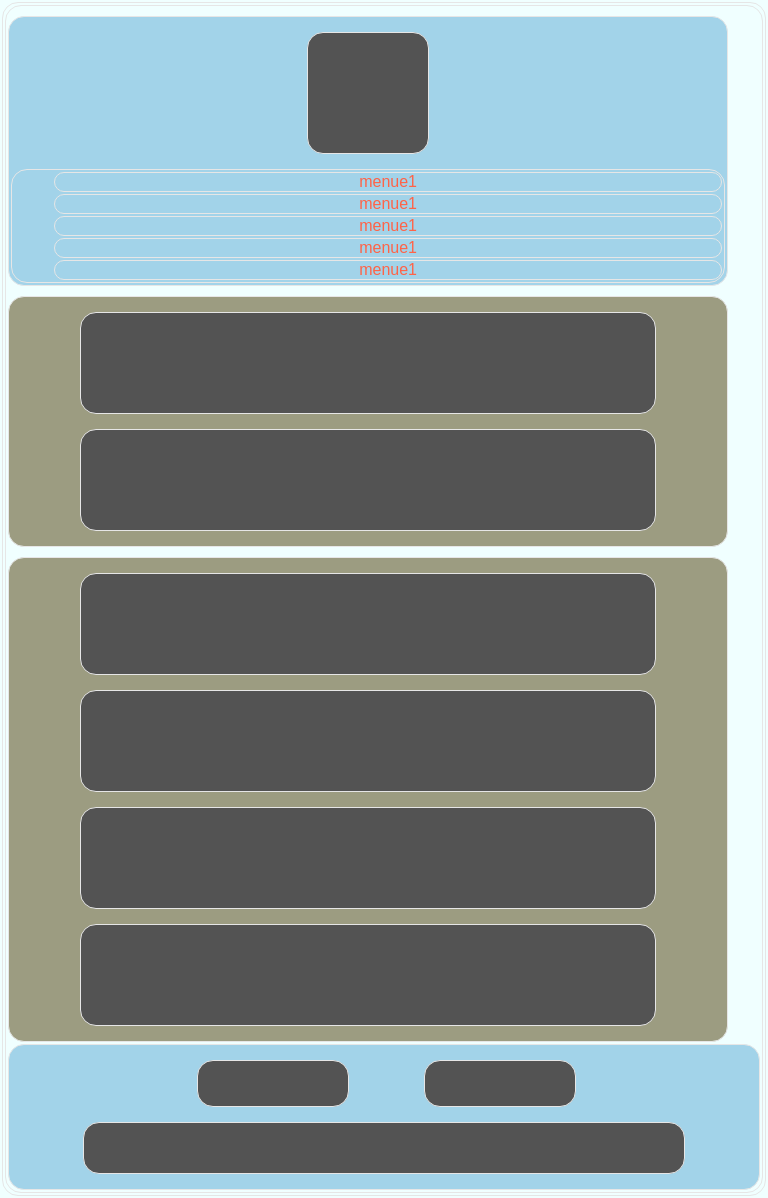
Repository: clairedupuich/cv-claireDUPUICH
Page: cv.html
These files come from the project's save history. The page is drawn as it stood at one moment and after the next save; the edit follows.
The browser window is 768 px wide. The pictures show the whole page.

Above is the page before, as saved 2020-10-08 17:09:42.

After the next save:
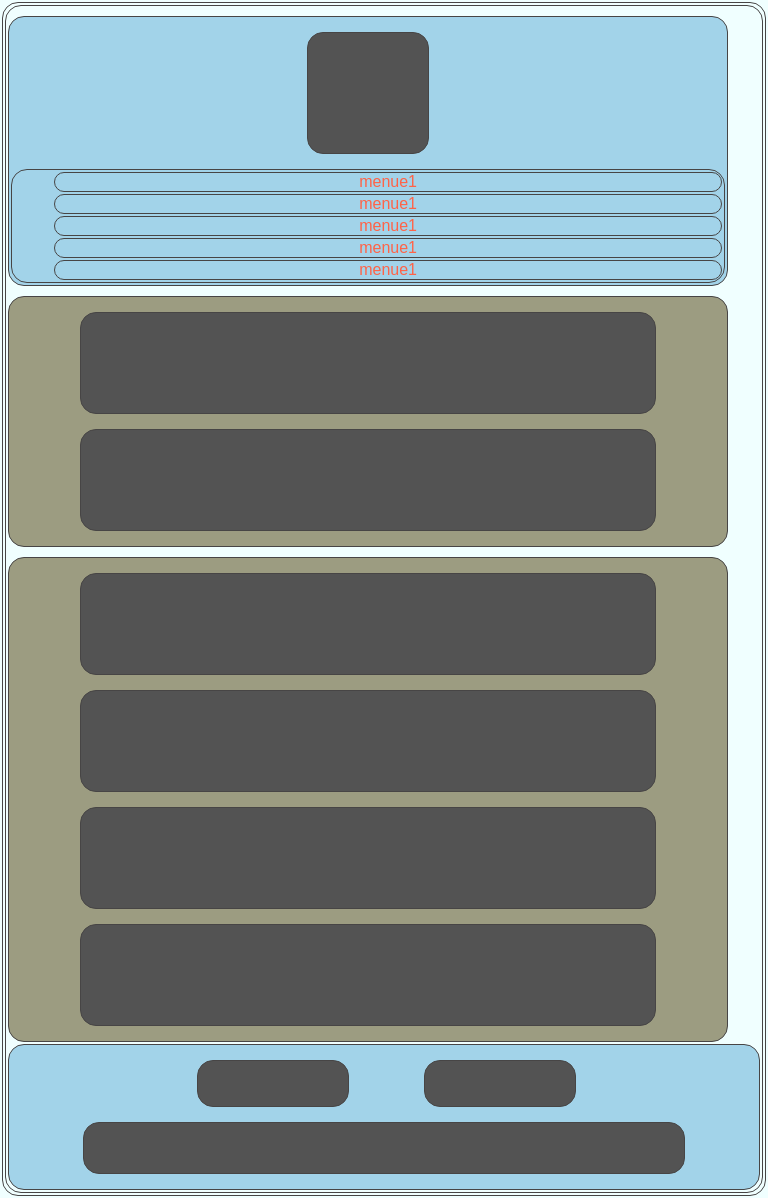
Saved 11 min 40 s later.
--- a/cv.css
+++ b/cv.css
@@ -5,6 +5,66 @@
     margin: 2px;
 
 }
+@media screen and (max-width: 768px)
+{
+    * {
+        font-family: Avenir, sans-serif;
+        border: 1px solid rgb(71, 69, 69);
+        border-radius: 16px;
+         margin: 2px;
+
+    }
+
+    body {
+        background-color: azure;
+
+
+    }
+    section {
+        margin-top: 10px;
+        width: 95%;
+        background-color: aquamarine;
+
+
+    }
+    div {
+        margin: 5px auto;
+        width:80% ;
+        height: 100px;
+        background-color: chocolate;
+    }
+    ul {
+        text-align: center;
+    }
+
+    footer,
+    .header{
+        background-color: gray;
+    }
+
+    .footer2,
+    .footer1 {
+        height: 45px;
+        width: 45px;
+        float: left;
+
+    }
+    .footer1{
+        margin-left: 30%;
+        margin-right: 10%;
+    }
+
+    .footer3 {
+        clear: both;
+        height: 50px;
+    }
+    .img {
+        width:120px;
+        height: 120px;
+        text-align: left;
+    }
+
+}
 @media screen and (min-width: 768px) and (max-width: 992px){
 
 
